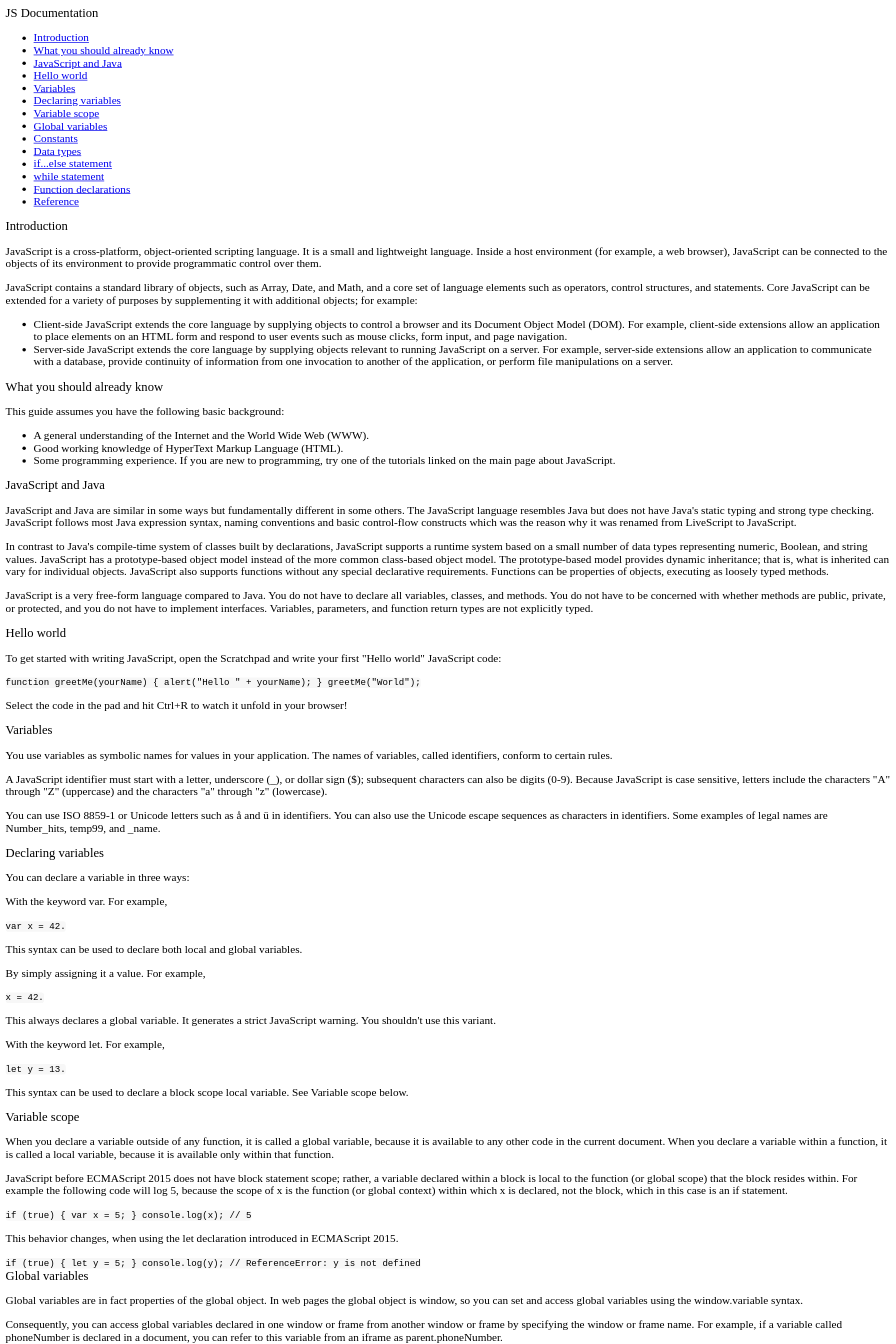
Repository: Lungdjos/technical_document_page_certificate
Page: index.html
The author's editor kept a copy of each file at every save. The page is drawn from the files as they stood at one save, then again after the next save.
The browser window is 1280 px wide. The pictures show the part of the page from y = 0 to 1920 px (the page is 3863 px tall before and 3878 px after), at 70% of full size.

Above is the page before, as saved 2023-11-21 07:29:59.

After the next save:
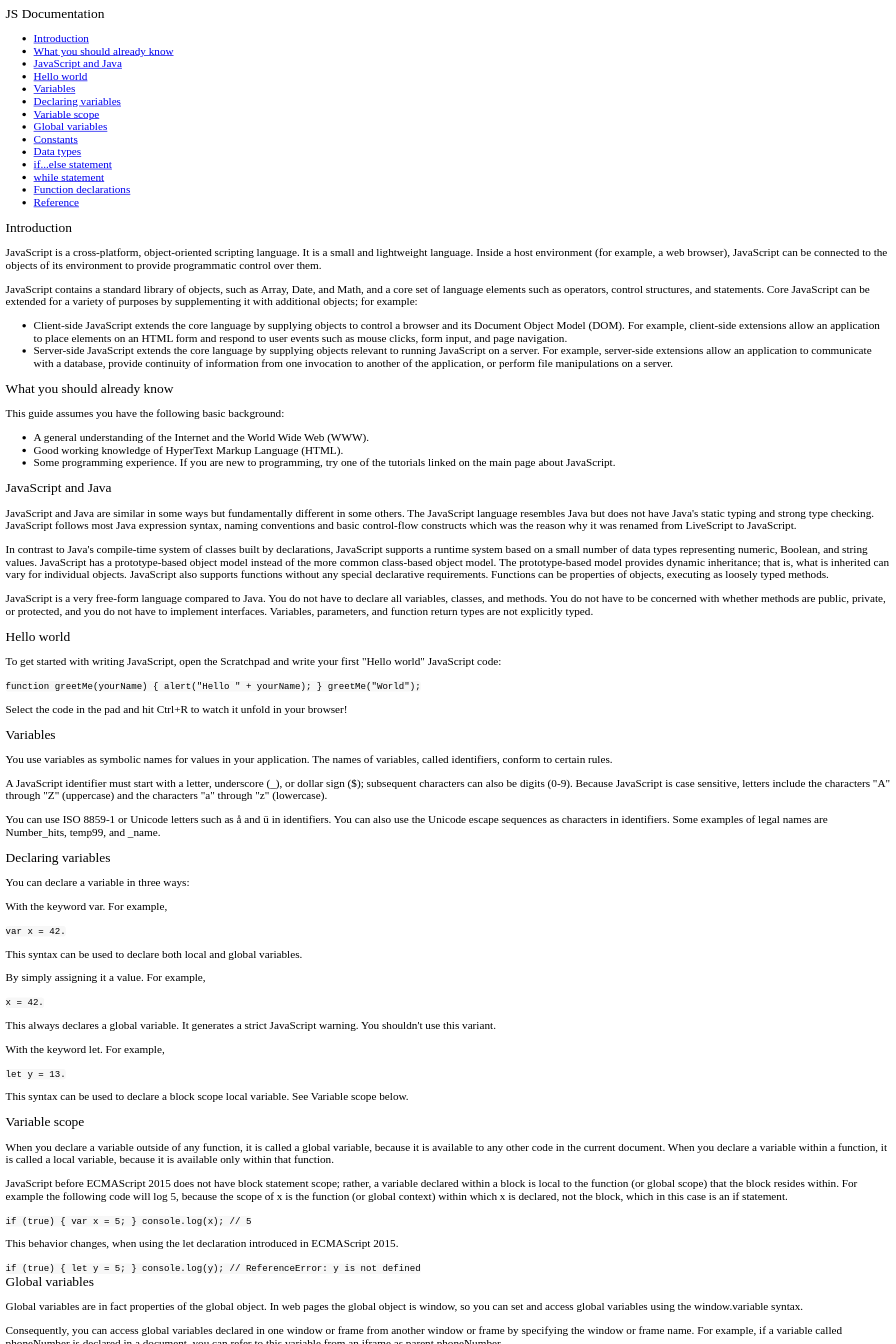
Saved 17 s later.
--- a/styles.css
+++ b/styles.css
@@ -9,7 +9,7 @@ html {
 }
 
 header {
-    font-size: large;
+    font-size: larger;
 }
 
 
